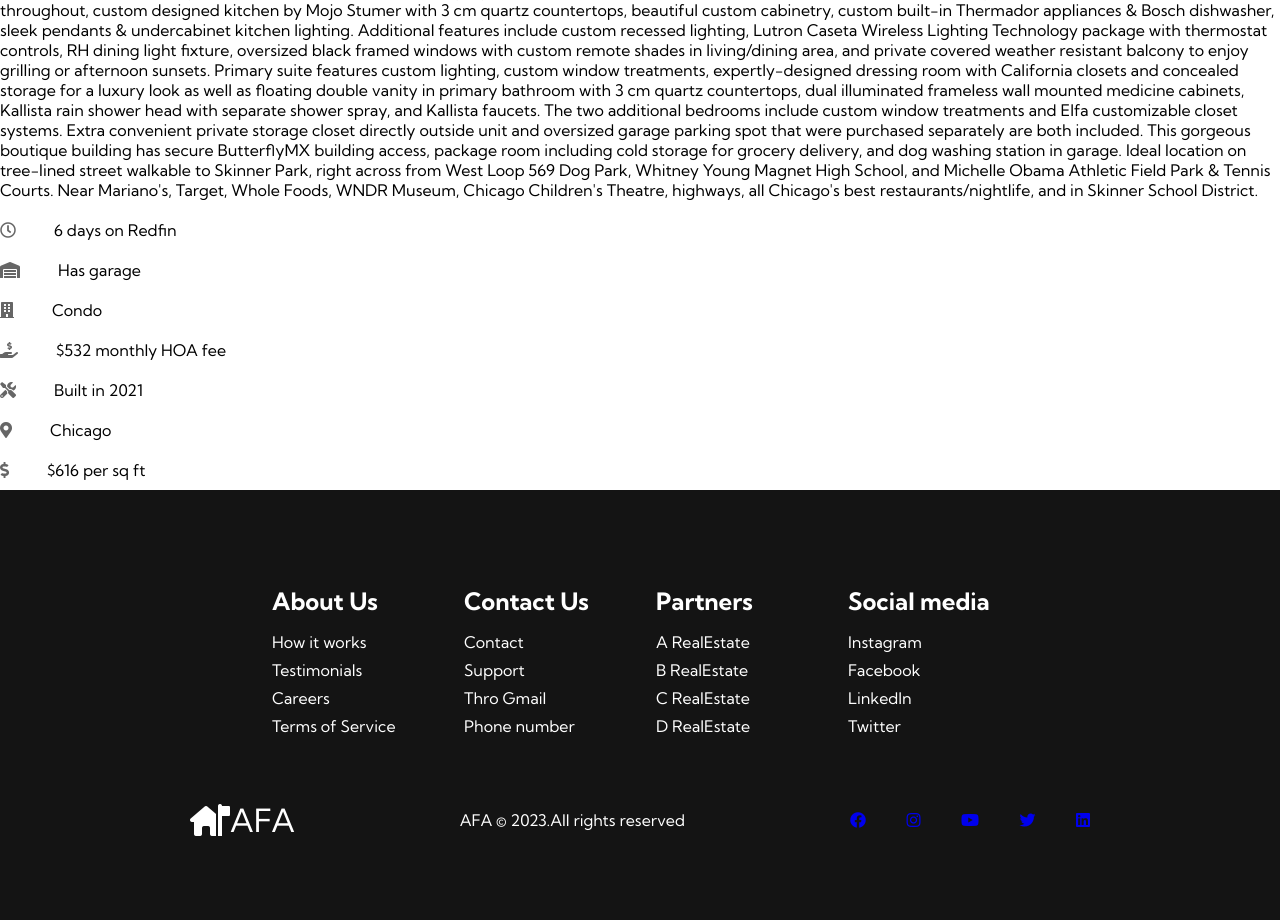
Repository: MrAllin1/ProgWWW_23_Gr1
Page: pages/Apartment1.html
The author's editor kept a copy of each file at every save. The page is drawn from the files as they stood at one save, then again after the next save.
The browser window is 1280 px wide. The pictures show the part of the page from y = 709 to 1639 px (the page is 1629 px tall before and 1639 px after).
A picture or video elsewhere on the page could not be fetched, so the positions and the page height are approximate. Some web libraries are served in a nearby version.

Above is the page before, as saved 2024-01-11 02:16:54.

After the next save:
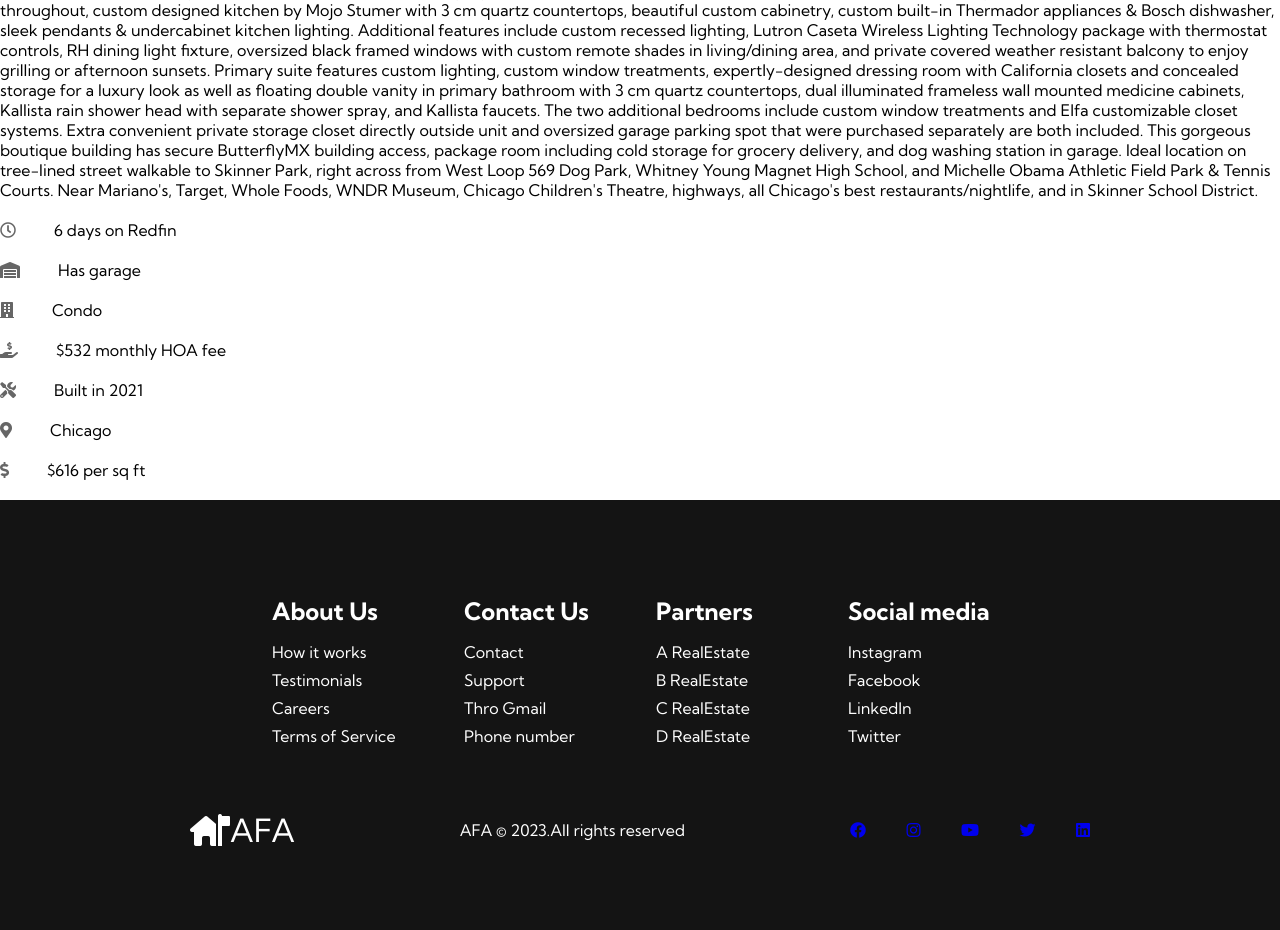
Saved 15 s later.
--- a/pages/stylesForHouse.css
+++ b/pages/stylesForHouse.css
@@ -320,7 +320,7 @@
   .feature {
     display: flex;
     align-items: center;
-    margin-bottom: 10px; /* space between items */
+    margin-bottom: 20px; /* space between items */
     margin-top: 20px;
     column-count:3;
     column-gap:30px;
